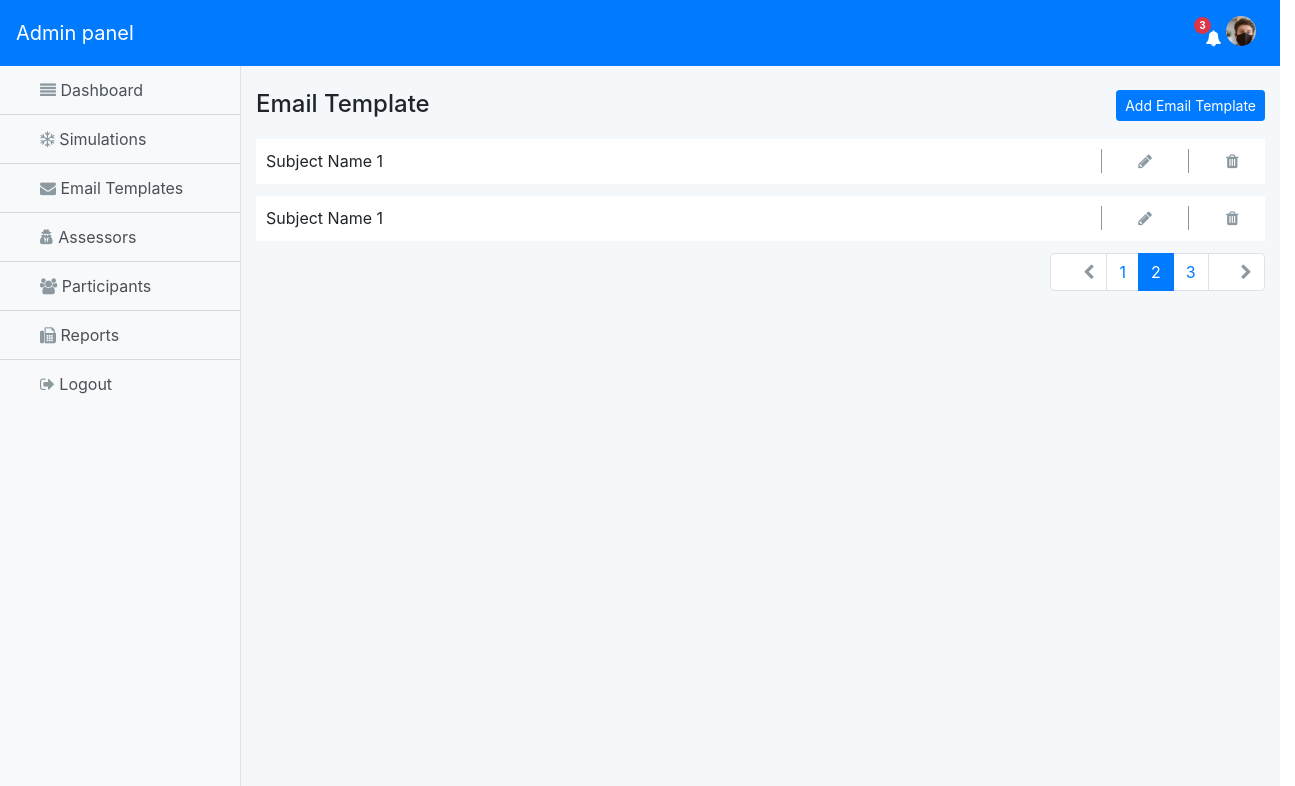
Repository: ejazsidhu/email-simulation-fe
Page: AssessorListing.html
An editor plug-in stored every save of this project. The page is shown before and after the next save, followed by the edit.
The browser window is 1280 px wide. The page is 1295 px wide, so the pictures cover 1295 px, including what lies to the right of the window. The pictures show the whole page.

Above is the page before, as saved 2020-08-25 19:23:13.
Console error: ReferenceError: $ is not defined

### AssessorListing.html
<!DOCTYPE html>
<html lang="en">

<head>

  <meta charset="utf-8">
  <meta name="viewport" content="width=device-width, initial-scale=1, shrink-to-fit=no">
  <meta name="description" content="">
  <meta name="author" content="">

  <title></title>

  <!-- Bootstrap core CSS -->
  <link href="vendor/bootstrap/css/bootstrap.min.css" rel="stylesheet">
  <link rel="stylesheet" href="https://cdnjs.cloudflare.com/ajax/libs/font-awesome/4.7.0/css/font-awesome.css">

  <!-- Custom styles for this template -->
  <link href="css/simple-sidebar.css" rel="stylesheet">
 <link href="css/custom.css" rel="stylesheet">
</head>

<body>
  <div class="row nav-row">
    <div class="col-12">
      <!-- Nav tabs -->
      <nav class="navbar navbar-expand-sm navbar-dark bg-primary">
        <a class="navbar-brand" href="#">Admin panel</a>

      <ul class="navbar-nav ml-auto top_right">



            <!-- Nav Item - Alerts -->
            <li class="nav-item dropdown no-arrow mx-1 mt10">
              <a class="nav-link dropdown-toggle" href="#" id="alertsDropdown" role="button" data-toggle="dropdown" aria-haspopup="true" aria-expanded="false">
                <i class="fa fa-bell fa-fw"></i>
                <!-- Counter - Alerts -->
                <span class="badge badge-danger badge-counter">3</span>
              </a>
              <!-- Dropdown - Alerts -->
              <div class="dropdown-list dropdown-menu dropdown-menu-right shadow animated--grow-in w300" aria-labelledby="alertsDropdown">
                <h6 class="dropdown-header">
                  Alerts Center
                </h6>
                <a class="dropdown-item d-flex align-items-center" href="#">
                  <div class="mr-3">
                    <div class="icon-circle bg-primary">
                      <i class="fas fa-file-alt text-white"></i>
                    </div>
                  </div>
                  <div>
                    <div class="small text-gray-500">December 12, 2019</div>
                    <span class="font-weight-bold">A new monthly report is ready to download!</span>
                  </div>
                </a>
                <a class="dropdown-item d-flex align-items-center" href="#">
                  <div class="mr-3">
                    <div class="icon-circle bg-success">
                      <i class="fas fa-donate text-white"></i>
                    </div>
                  </div>
                  <div>
                    <div class="small text-gray-500">December 7, 2019</div>
                    $290.29 has been deposited into your account!
                  </div>
                </a>
                <a class="dropdown-item d-flex align-items-center" href="#">
                  <div class="mr-3">
                    <div class="icon-circle bg-warning">
                      <i class="fa fa-exclamation-triangle text-white"></i>
                    </div>
                  </div>
                  <div>
                    <div class="small text-gray-500">December 2, 2019</div>
                    Spending Alert: We've noticed unusually high spending for your account.
                  </div>
                </a>
                <a class="dropdown-item text-center small text-gray-500" href="#">Show All Alerts</a>
              </div>
            </li>


            <li class="nav-item dropdown no-arrow">
              <a class="nav-link dropdown-toggle" href="#" id="userDropdown" role="button" data-toggle="dropdown" aria-haspopup="true" aria-expanded="false">

                <img class="img-profile rounded-circle" src="img/img.png" width="30">
              </a>
              <!-- Dropdown - User Information -->
              <div class="dropdown-menu dropdown-menu-right shadow animated--grow-in" aria-labelledby="userDropdown">
                <a class="dropdown-item" href="#">
                  <i class="fa fa-user fa-sm fa-fw mr-2 text-gray-400"></i>
                  Profile
                </a>
                <a class="dropdown-item" href="#">
                  <i class="fa fa-cogs fa-sm fa-fw mr-2 text-gray-400"></i>
                  Settings
                </a>
                <a class="dropdown-item" href="#">
                  <i class="fa fa-list fa-sm fa-fw mr-2 text-gray-400"></i>
                  Activity Log
                </a>
                <div class="dropdown-divider"></div>
                <a class="dropdown-item" href="#" data-toggle="modal" data-target="#logoutModal">
                  <i class="fa fa-sign-out-alt fa-sm fa-fw mr-2 text-gray-400"></i>
                  Logout
                </a>
              </div>
            </li>

          </ul>
      </nav>

      <!-- Tab panes -->
      <div class="tab-content">
        <div class="tab-pane fade show active" id="tab1Id" role="tabpanel"></div>
        <div class="tab-pane fade" id="tab2Id" role="tabpanel"></div>
        <div class="tab-pane fade" id="tab3Id" role="tabpanel"></div>
        <div class="tab-pane fade" id="tab4Id" role="tabpanel"></div>
        <div class="tab-pane fade" id="tab5Id" role="tabpanel"></div>
      </div>

      <script>
        $('#navId a').click(e => {
          e.preventDefault();
          $(this).tab('show');
        });
      </script>
    </div>
  </div>

  <div class="d-flex" id="wrapper">

    <!-- Sidebar -->
    <div class="bg-light border-right" id="sidebar-wrapper">
      <!-- <div class="sidebar-heading">Start Bootstrap </div> -->
      <div class="list-group list-group-flush">
        <a href="#" class="list-group-item list-group-item-action bg-light">
          <i class="fa fa-align-justify" aria-hidden="true"></i>
          Dashboard
        </a>
        <a href="/SimulationsList.html" class="list-group-item list-group-item-action bg-light">
          <i class="fa fa-snowflake-o" aria-hidden="true"></i>
          Simulations</a>
        <a href="/emailTemplate.html" class="list-group-item list-group-item-action bg-light">
          <i class="fa fa-envelope" aria-hidden="true"></i>
          Email Templates</a>
        <a href="#" class="list-group-item list-group-item-action bg-light">
          <i class="fa fa-user-secret" aria-hidden="true"></i>
          Assessors</a>
        <a href="#" class="list-group-item list-group-item-action bg-light">
          <i class="fa fa-users" aria-hidden="true"></i>
          Participants</a>
        <a href="#" class="list-group-item list-group-item-action bg-light">
          <i class="fa fa-fax" aria-hidden="true"></i>
          Reports</a>
        <a href="#" class="list-group-item list-group-item-action bg-light">
          <i class="fa fa-sign-out" aria-hidden="true"></i>
          Logout</a>

      </div>
    </div>
    <!-- /#sidebar-wrapper -->

    <!-- Page Content -->
    <div id="page-content-wrapper">



      <div class="container mt-4">
        <div class="row">
          <div class="col-6">
            <h4>Email Template</h4>
          </div>
          <div class="col-6 text-right">
            <!-- <button class="btn btn-info btn-sm" data-toggle="modal" data-target="#emailNotificationCenter">
              Send Email
            </button> -->
            <button class="btn btn-primary btn-sm" data-toggle="modal" data-target="#addEmailTemplate">
              Add Email Template
            </button>
          </div>
        </div>

        <div class="row">
          <div class="col-12 table_cls">
            <table class="custom-table">
              <!-- <thead>
                <tr>
                  <th></th>
                  <th></th>
                  <th></th>
                </tr>
              </thead> -->
              <tbody>
                <tr>
                  <td scope="row" class="w-50">
                    Subject Name 1
                  </td>



                  <td class="w-5">
                    <span class="b1" data-toggle="tooltip" data-placement="top" title="edit">
                      <i class="fa fa-pencil" data-toggle="modal" data-target="#addEmailTemplate"></i>
                    </span>

                  </td>
                  <td class="w-5">
                    <span class="b1"  data-toggle="tooltip" data-placement="top" title="edit">
                      <i class="fa fa-trash" data-toggle="modal" data-target="#deleteModalCenter"></i>

                    </span>
                  </td>
                </tr>
                <tr>
                  <td scope="row" class="w-50">
                    Subject Name 1
                  </td>



                  <td class="w-5">
                    <span class="b1" data-toggle="tooltip" data-placement="top" title="edit">
                      <i class="fa fa-pencil" data-toggle="modal" data-target="#addEmailTemplate"></i>
                    </span>

                  </td>
                  <td class="w-5">
                    <span class="b1"  data-toggle="tooltip" data-placement="top" title="edit">
                      <i class="fa fa-trash" data-toggle="modal" data-target="#deleteModalCenter"></i>

                    </span>
                  </td>
                </tr>

              </tbody>
            </table>

          </div>
        </div>

        <div class="row">
          <div class="col-12 text-right">
            <nav aria-label="...">
              <ul class="pagination ">
                <li class="page-item disabled">
                  <span class="page-link">
                    <i class="fa fa-chevron-left" aria-hidden="true"></i>
                  </span>
                </li>
                <li class="page-item"><a class="page-link" href="#">1</a></li>
                <li class="page-item active">
                  <span class="page-link">
                    2
                    <span class="sr-only">(current)</span>
                  </span>
                </li>
                <li class="page-item"><a class="page-link" href="#">3</a></li>
                <li class="page-item">
                  <a class="page-link" href="#">
                    <i class="fa fa-chevron-right" aria-hidden="true"></i>
                  </a>
                </li>
              </ul>
            </nav>
          </div>
        </div>
      </div>
    </div>
    <!-- /#page-content-wrapper -->


    <!-- delete modal -->

    <div class="modal fade" id="deleteModalCenter" tabindex="-1" role="dialog" aria-labelledby="deleteModalCenterTitle"
      aria-hidden="true">
      <div class="modal-dialog modal-dialog-centered modal-sm" role="document">
        <div class="modal-content">
          <div class="modal-header" style="    padding: 1rem 2rem !important;">
            <h5 class="modal-title" id="deleteModalLongTitle">Delete item</h5>
            <button type="button" class="close" data-dismiss="modal" aria-label="Close">
              <span aria-hidden="true">&times;</span>
            </button>
          </div>
          <div class="modal-body">
            <div class="row">
              <div class="col-12 mt-2 mb-2">
                <strong>
                  Do you want to delte this item?
                </strong>
                <br>
                <small>
                  *Note:Deleting this entry will remove this reffernce from all over app.
                </small>
              </div>
            </div>
          </div>
          <div class="modal-footer">
            <div class="row">
              <div class="col-12">
                <button type="button" class="btn btn-info btn-sm" data-dismiss="modal">Close</button>
                <button type="button" class="btn btn-danger btn-sm">Confirm</button>
              </div>
            </div>
          </div>
        </div>
      </div>
    </div>

    <!-- email sent  notification modal -->
    <div class="modal fade" id="emailNotificationCenter" tabindex="-1" role="dialog"
      aria-labelledby="emailNotificationCenterTitle" aria-hidden="true">
      <div class="modal-dialog modal-dialog-centered modal-sm" role="document">
        <div class="modal-content">
          <div class="modal-header">

            <button type="button" class="close" data-dismiss="modal" aria-label="Close">
              <span aria-hidden="true">&times;</span>
            </button>
          </div>
          <div class="modal-body">
            <div class="row">
              <div class="col-12 text-center">
                <i class="fa fa-check-circle fa-3x " style="color:#28a745" aria-hidden="true"></i>
              </div>
              <div class="col-12 text-center">
                <p>
                  <strong>
                    Email sent successfully!
                  </strong>
                </p>
              </div>
            </div>
          </div>

        </div>
      </div>
    </div>

        <!-- add simulation modal -->
        <div class="modal fade custom-modal" id="addSimulationTemplate" tabindex="-1" role="dialog"
        aria-labelledby="addSimulationTitle" aria-hidden="true">
        <div class="modal-dialog modal-dialog-centered justify-content-center" role="document">
          <div class="modal-content modal-md">
            <div class="modal-header">
              <button type="button" class="close" data-dismiss="modal" aria-label="Close">
                <span aria-hidden="true">&times;</span>
              </button>
            </div>
            <div class="modal-body">
              <form>
              <div class="row">
                <div class="col ">
                  <h5 class="modal-title" id="addSimulationLongTitle">Add Simulation</h5>

                </div>
              </div>
              <div class="row">
                <div class="col-12">
                  <div class="form-group">
                    <label for="name">
                      <strong>
                        Simulation Name
                      </strong>
                    </label>
                    <input type="text" class="form-control form-control-sm" id="name" name="name" placeholder="Simulation Name">
                  </div>
                </div>
              </div>
              <div class="row mt-1">
                <div class="col-12">
                  <ul class="nav nav-pills mb-3" id="pills-tab" role="tablist">
                    <li class="nav-item">
                      <a class="nav-link active" id="pills-home-tab" data-toggle="pill" href="#pills-home" role="tab"
                       aria-controls="pills-home" aria-selected="true">Add Participant / Assign Assessor</a>
                    </li>
                    <li class="nav-item">
                      <a class="nav-link" id="pills-profile-tab" data-toggle="pill"
                       href="#pills-profile" role="tab" aria-controls="pills-profile" aria-selected="false">Add Email Template</a>
                    </li>

                  </ul>
                  <div class="tab-content" id="pills-tabContent">
                    <div class="tab-pane fade show active" id="pills-home" role="tabpanel" aria-labelledby="pills-home-tab">...</div>
                    <div class="tab-pane fade" id="pills-profile" role="tabpanel" aria-labelledby="pills-profile-tab">...</div>
                  </div>
                </div>
                <div class="col">




                    <div class="row">

                      <div class="col-5 pr-0">
                        <label for="participant">
                          <strong>
                            Add Participants
                          </strong>
                        </label>
                        <select class="form-control form-control-sm">
                          <option>Small select</option>
                        </select>
                      </div>
                      <div class="col-5 pr-0">
                        <label for="assessor">
                          <strong>
                        Assign Assessor
                          </strong>
                        </label>
                        <select class="form-control form-control-sm">
                          <option>Small select</option>
                        </select>
                      </div>

                      <div class="col-2 mt-4">
                        <button class="btn btn-primary btn-sm">Add</button>
                      </div>

                    </div>
                    <div class="row mt-1">
                      <div class="col-12 ">
                        <div class="listing-box">

                        </div>

                      </div>
                    </div>

                    <div class="row mt-2">

                      <div class="col-6 pr-0">
                        <label for="addEmailEemplate">
                          <strong>
                            Add Email Template
                          </strong>
                        </label>
                        <select class="form-control form-control-sm">
                          <option>Time</option>
                        </select>
                      </div>
                      <div class="col-4 pr-0">
                        <label for="addEmailEemplate">
                          <strong>
                            Add Relative time
                          </strong>
                        </label>
                        <input type="time" name="relativeTime" class="form-control form-control-sm">

                      </div>


                      <div class="col-1 mt-4">

                        <button class="btn btn-primary btn-sm">Add</button>
                      </div>
                      <div class="col-12">

                      </div>
                    </div>
                    <div class="row mt-1">
                      <div class="col-12 ">
                        <div class="listing-box">

                        </div>

                      </div>
                    </div>
                  </form>
                </div>
              </div>
            </div>
            <div class="modal-footer">
              <!-- <button type="button" class="btn btn-secondary" data-dismiss="modal">Close</button> -->
              <div class="row">
                <div class="col-12">
                  <button type="button" class="btn btn-primary btn-sm">Save changes</button>
                </div>
              </div>
            </div>
          </div>
        </div>
      </div>

       <!-- add email modal -->
       <div class="modal fade custom-modal" id="addEmailTemplate" tabindex="-1" role="dialog"
       aria-labelledby="addEmailTemplateTitle" aria-hidden="true">
       <div class="modal-dialog modal-dialog-centered justify-content-center" role="document">
         <div class="modal-content modal-md">
           <div class="modal-header">
             <button type="button" class="close" data-dismiss="modal" aria-label="Close">
               <span aria-hidden="true">&times;</span>
             </button>
           </div>
           <div class="modal-body">
             <div class="row">
               <div class="col ">
                 <h5 class="modal-title" id="emailModalLongTitle">Add Email Template</h5>

               </div>
             </div>
             <div class="row mt-2">
               <div class="col">
                 <form>

                   <div class="form-group">
                     <label for="name">Sender's Name</label>
                     <input type="text" class="form-control" id="name" name="name" placeholder="Name">
                   </div>
                   <div class="form-group">
                     <label for="email">Sender's Email</label>
                     <input type="email" class="form-control" id="email" name="email" aria-describedby="emailHelp"
                       placeholder="Email">
                     <!-- <small id="emailHelp" class="form-text text-muted">We'll never share your email with anyone
                       else.</small> -->
                   </div>
                   <div class="form-group">
                     <label for="name">Subject</label>
                     <input type="text" class="form-control" id="subject" name="subjet" placeholder="Subject">
                   </div>

                   <div class="form-group">
                     <label for="textarea">Example textarea</label>
                     <textarea class="form-control" id="textarea" rows="3"></textarea>


                     <div class="image-upload">
                       <label for="file-input">
                         <i class="fa fa-paperclip fa-2x" aria-hidden="true"></i>
                       </label>

                       <input id="file-input" type="file" multiple />
                     </div>


                   </div>



                 </form>
               </div>
             </div>
           </div>
           <div class="modal-footer">
             <!-- <button type="button" class="btn btn-secondary" data-dismiss="modal">Close</button> -->
             <div class="row">
               <div class="col-12">
                 <button type="button" class="btn btn-primary btn-sm">Save changes</button>
               </div>
             </div>
           </div>
         </div>
       </div>
     </div>

  </div>
  <!-- /#wrapper -->

  <!-- Bootstrap core JavaScript -->
  <script src="vendor/jquery/jquery.min.js"></script>
  <script src="vendor/bootstrap/js/bootstrap.bundle.min.js"></script>

  <!-- Menu Toggle Script -->
  <script>
    $("#menu-toggle").click(function (e) {
      e.preventDefault();
      $("#wrapper").toggleClass("toggled");
    });

    $(function () {
      $('[data-toggle="tooltip"]').tooltip()
    })
  </script>

</body>

</html>

Loaded but not shown: vendor/bootstrap/css/bootstrap.min.css (library); vendor/jquery/jquery.min.js (library); vendor/bootstrap/js/bootstrap.bundle.min.js (library); css/custom.css (405 lines, source omitted); css/simple-sidebar.css (152 lines, source omitted)

After the next save:
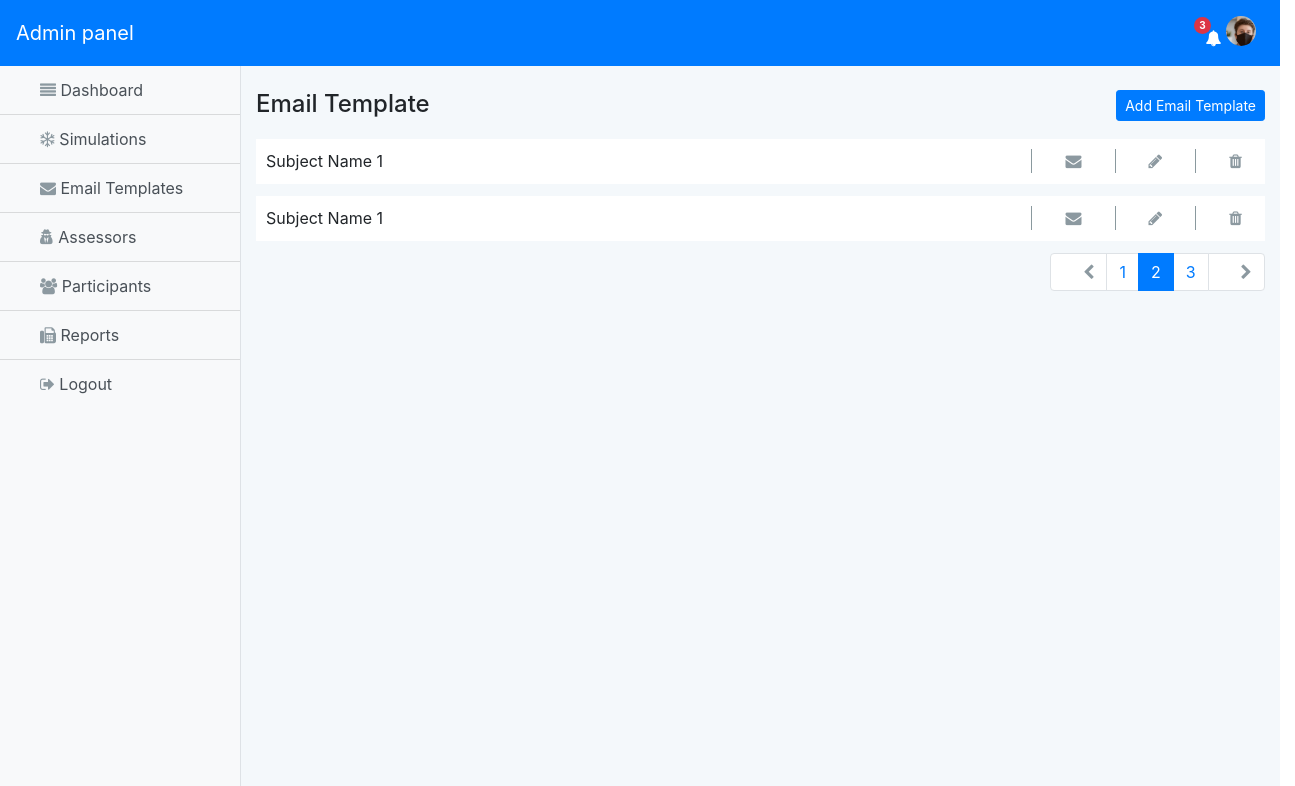
Saved 17 min 46 s later.
--- a/AssessorListing.html
+++ b/AssessorListing.html
@@ -196,7 +196,13 @@
                   <td scope="row" class="w-50">
                     Subject Name 1
                   </td>
-
+                  <td class="w-5" >
+                    <span class="b1" data-toggle="tooltip" data-placement="top" title="view report">
+                      <i class="fa fa-envelope"></i>
+                   </span>
+
+
+                  </td>
 
 
                   <td class="w-5">
@@ -216,7 +222,13 @@
                   <td scope="row" class="w-50">
                     Subject Name 1
                   </td>
-
+                  <td class="w-5" >
+                    <span class="b1" data-toggle="tooltip" data-placement="top" title="view report">
+                      <i class="fa fa-envelope"></i>
+                   </span>
+
+
+                  </td>
 
 
                   <td class="w-5">
